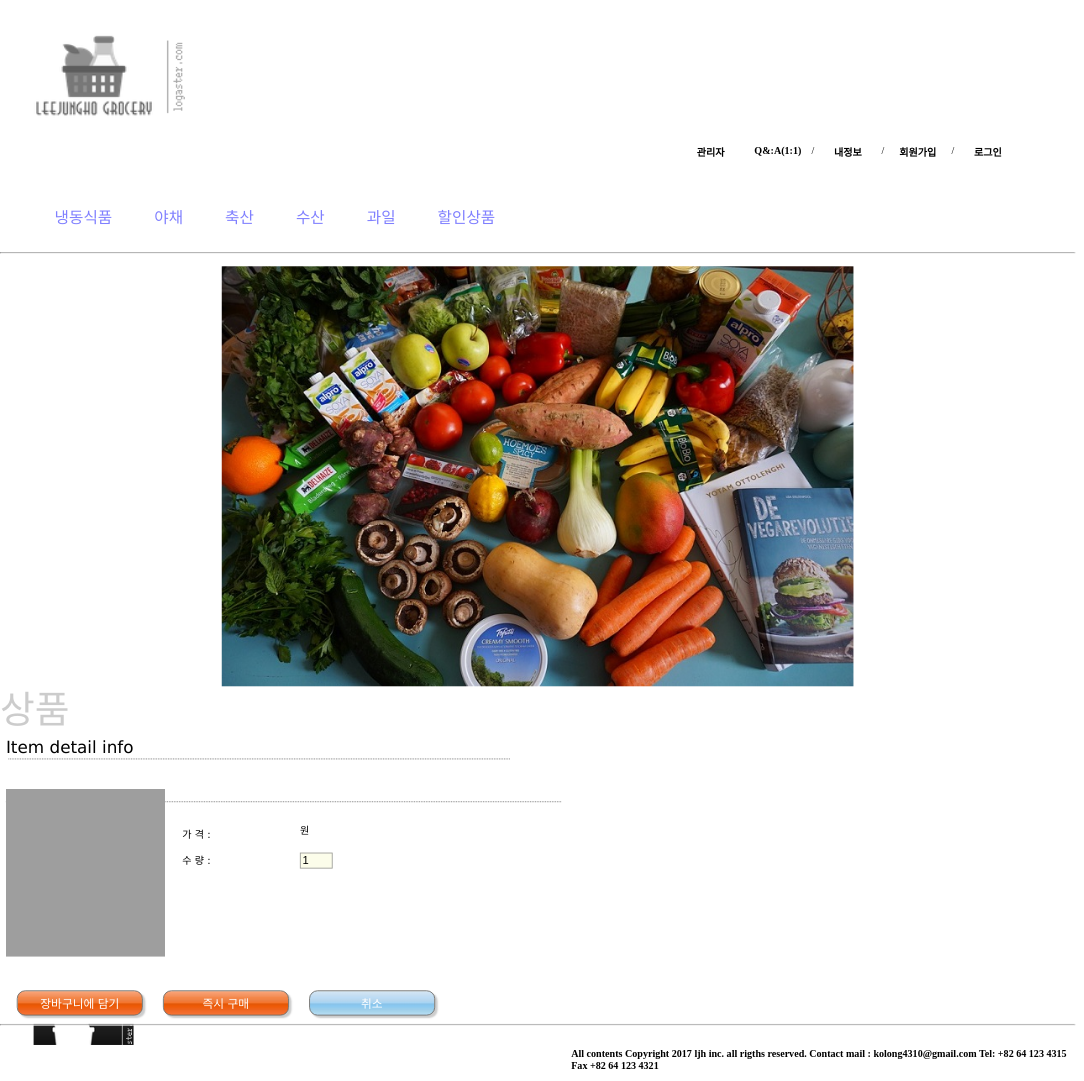
Repository: kolong4310/gitfth
Page: http://localhost/Shop/product/productDetail.jsp
The author's editor kept a copy of each file at every save. The page is drawn from the files as they stood at one save, then again after the next save.
The browser window is 1280 px wide. The page is 1290 px wide, so the pictures cover 1290 px, including what lies to the right of the window. The pictures show the whole page, at 84% of full size.
Pictures or frames that could not be fetched are drawn as grey boxes. The page is served by Tomcat 9. The template is opened directly, without the code that normally fills it, so the values that code supplies are empty.

Above is the page before, as saved 2017-05-08 10:25:27.

After the next save:
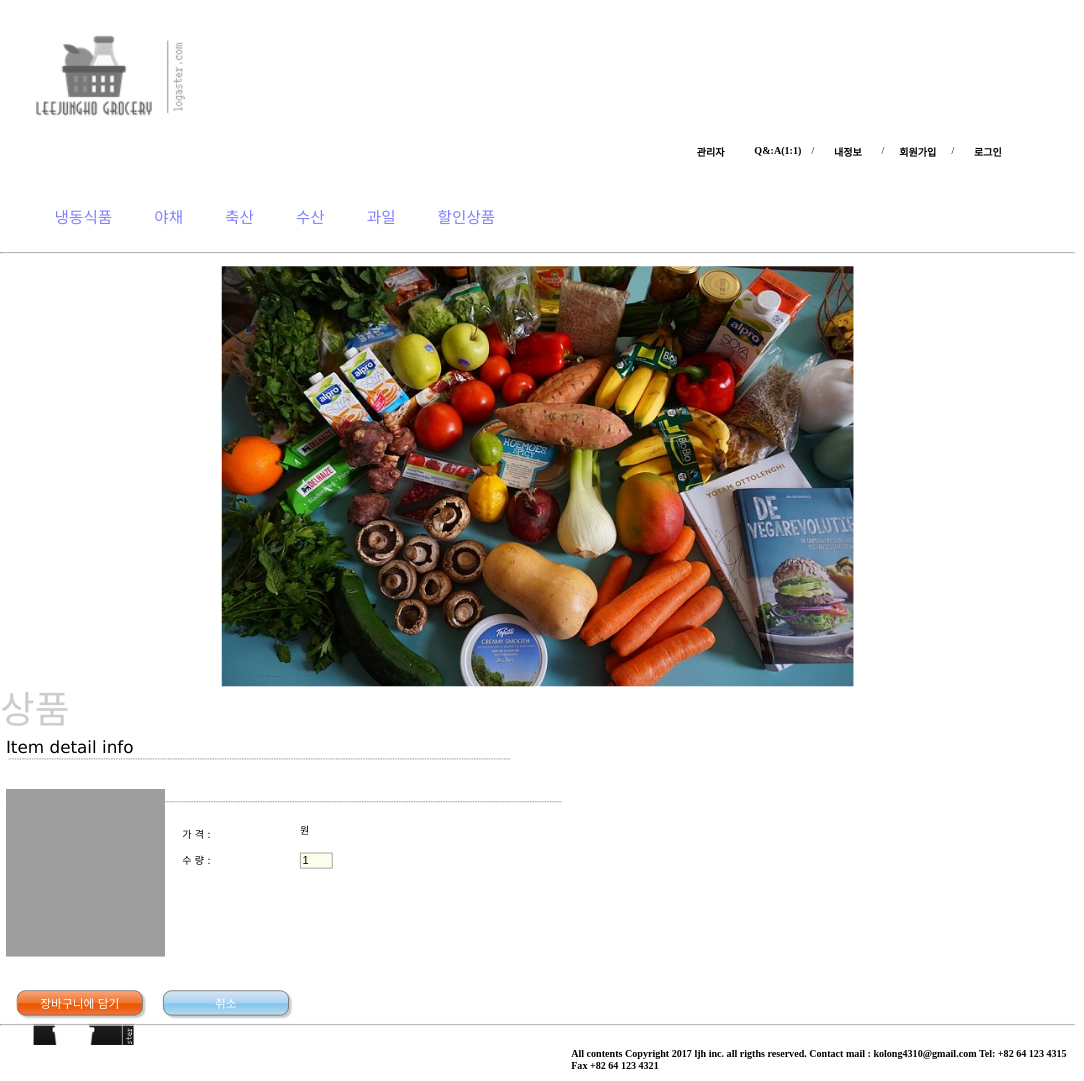
Saved 15 s later.
--- a/JspPro/Shop/WebContent/product/productDetail.jsp
+++ b/JspPro/Shop/WebContent/product/productDetail.jsp
@@ -26,7 +26,7 @@
 				<div class="clear"></div>
 				<div id="buttons">
 					<input type="button" value="장바구니에 담기" class="submit" onclick="go_cart()">
-					<input type="button" value="즉시 구매" class="submit" onclick="go_order()">
+				<!-- 	<input type="button" value="즉시 구매" class="submit" onclick="go_order()"> -->
 					<input type="reset" value="취소" class="cancel">
 				</div>
 			</form>
